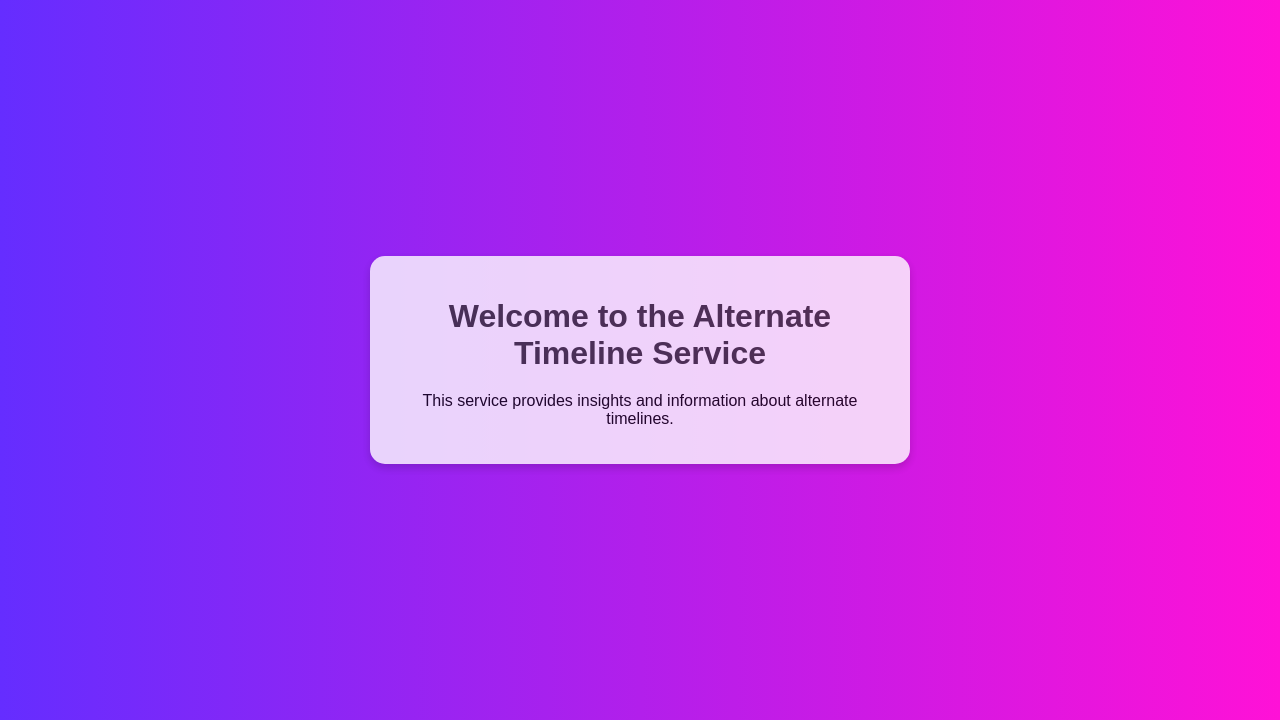
Repository: JovKun/DecisionCraft
Page: service/index.html
The author's editor kept a copy of each file at every save. The page is drawn from the files as they stood at one save, then again after the next save.
The browser window is 1280 px wide. The pictures show the whole page.

Above is the page before, as saved 2026-01-31 12:46:12.
Not found: service/script.js

### service/index.html
<!DOCTYPE html>
<html lang="en">
<head>
    <meta charset="UTF-8">
    <meta name="viewport" content="width=device-width, initial-scale=1.0">
    <title>Alternate Timeline</title>
    <link rel="stylesheet" href="style.css">
</head>
<body>
    <div id="timeline-container" class="container">
        <h1>Welcome to the Alternate Timeline Service</h1>
        <p>This service provides insights and information about alternate timelines.</p>
    </div>

    <script src="script.js"></script>
</body>
</html>

### service/style.css
/* style.css */
html {
    background: linear-gradient(to right, rgb(101, 45, 255), rgb(255, 17, 215));
    height: 100%;
    margin: 0;
    font-family: Arial, sans-serif;
}

body {
    display: flex;
    justify-content: center;
    align-items: center;
    height: 100vh;
    margin: 0;
}

.container {
    background-color: white;
    border-radius: 15px;
    box-shadow: 0 4px 8px rgba(0, 0, 0, 0.2);
    padding: 20px;
    text-align: center;
    width: 500px;
    opacity: 0.8;
}

h1 {
    color: #333;
    margin-bottom: 20px;
    opacity: 1;
}

After the next save:
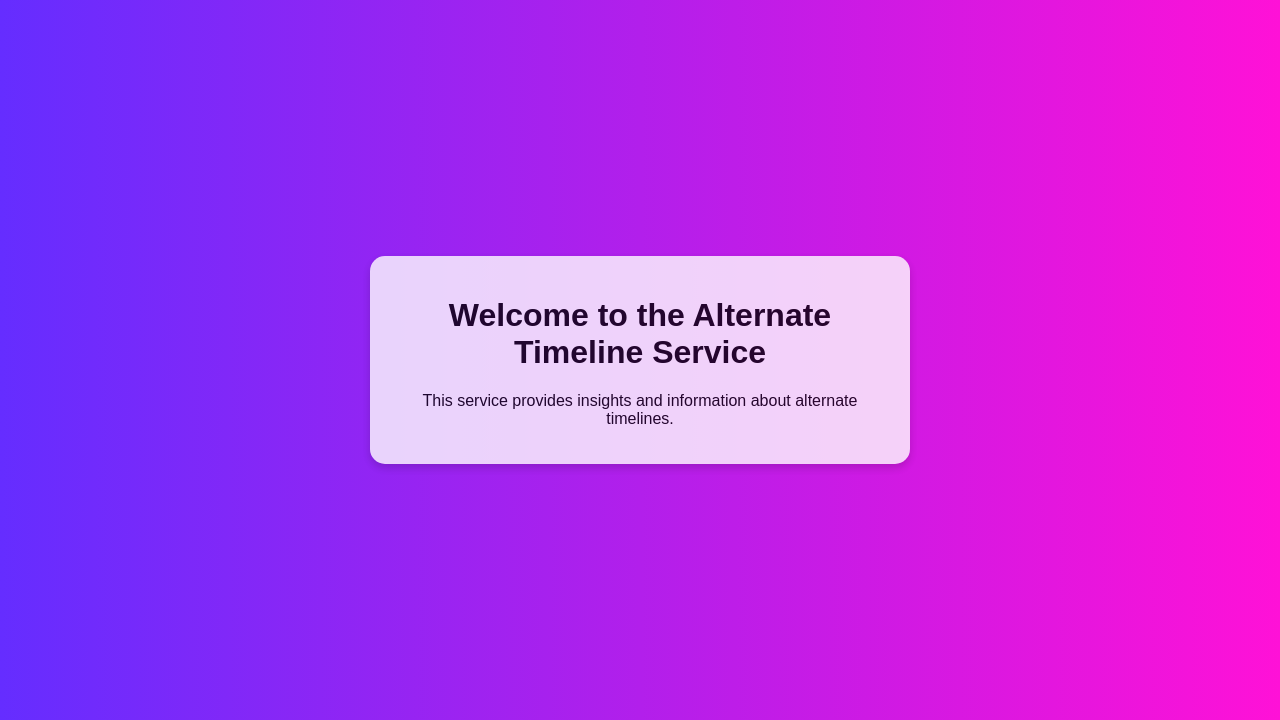
Saved 73 s later.
--- a/service/style.css
+++ b/service/style.css
@@ -23,9 +23,3 @@ body {
     width: 500px;
     opacity: 0.8;
 }
-
-h1 {
-    color: #333;
-    margin-bottom: 20px;
-    opacity: 1;
-}
